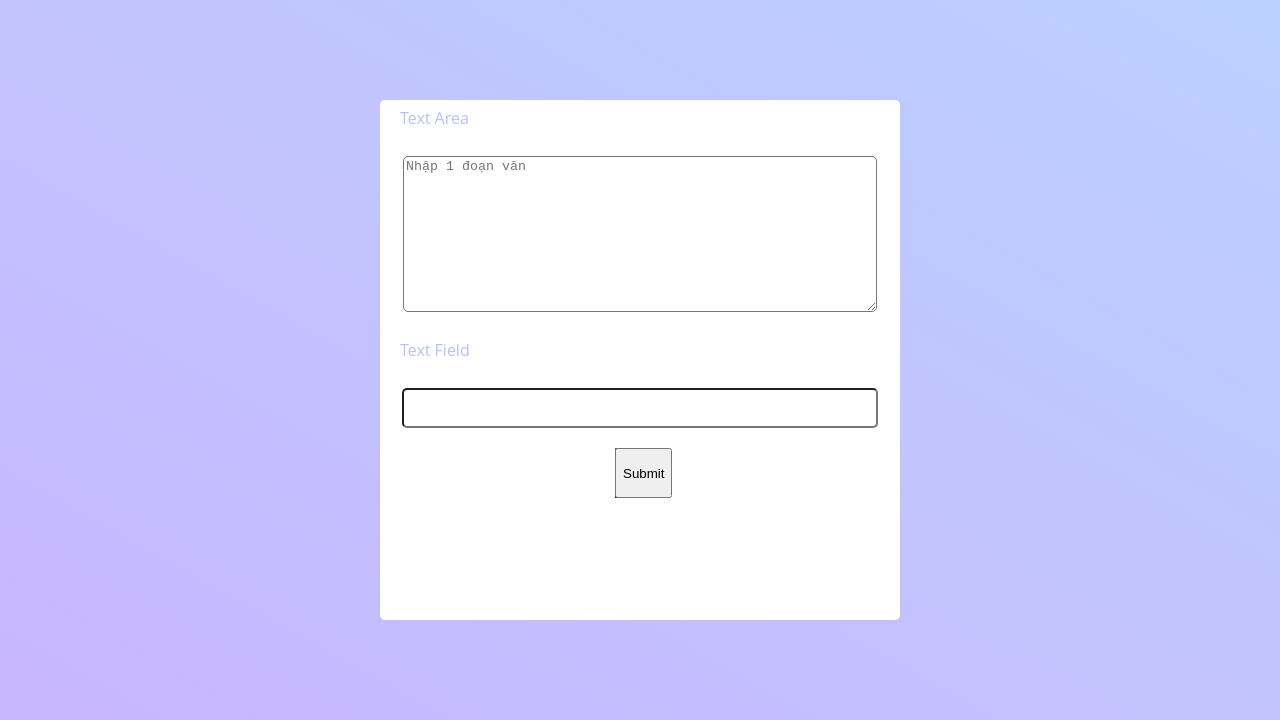
Repository: letrongtinh27/LapTrinhWeb
Page: Lab4.4/index.html
The author's editor kept a copy of each file at every save. The page is drawn from the files as they stood at one save, then again after the next save.
The browser window is 1280 px wide. The pictures show the whole page.

Above is the page before, as saved 2022-10-14 19:56:08.

After the next save:
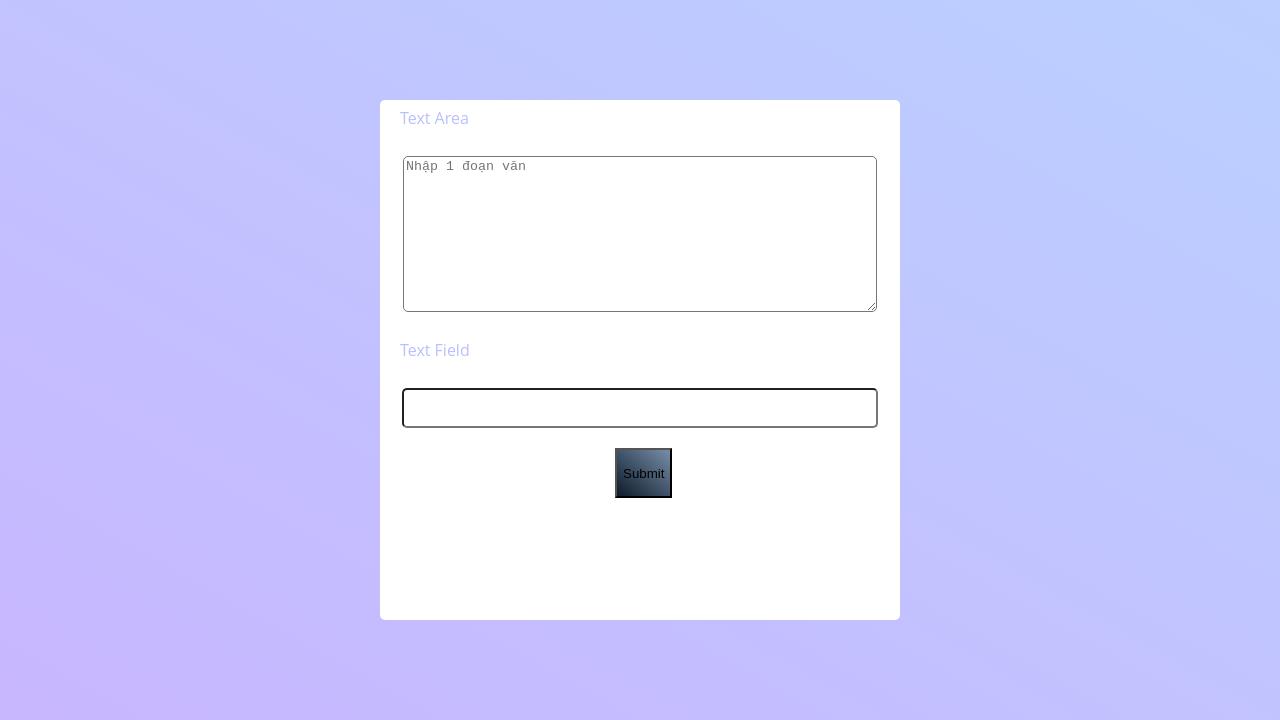
Saved 39 s later.
--- a/Lab4.4/style.css
+++ b/Lab4.4/style.css
@@ -37,12 +37,12 @@
     width: 50px;
     height: 50px;
     font-weight: 800;
-    background-image: linear-gradient( to right top, #0d1b2a ,#778da9 );;
 
 }
 
 #btn {
     cursor: pointer;
+    background-image: linear-gradient( to right top, #0d1b2a ,#778da9 );
 }
 
 h4 {

After the save that followed:
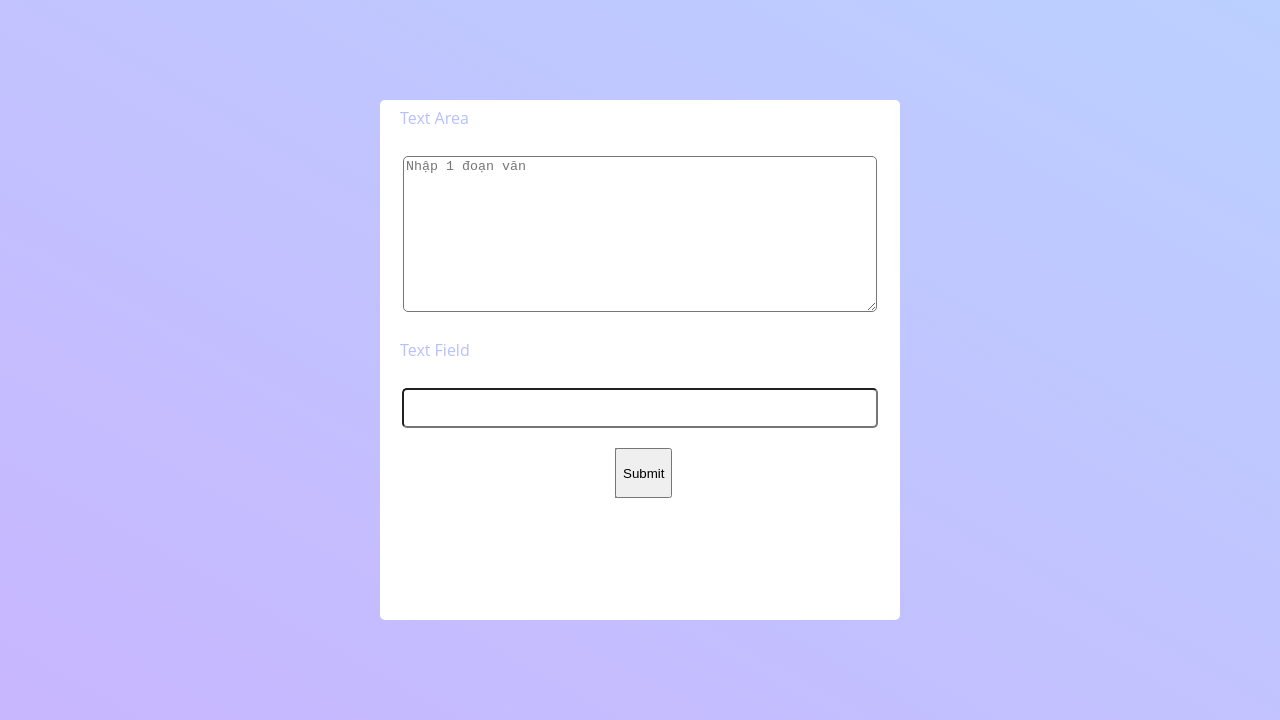
Saved 23 s later.
--- a/Lab4.4/style.css
+++ b/Lab4.4/style.css
@@ -37,12 +37,12 @@
     width: 50px;
     height: 50px;
     font-weight: 800;
+    background-color: #778da9 ;
 
 }
 
 #btn {
     cursor: pointer;
-    background-image: linear-gradient( to right top, #0d1b2a ,#778da9 );
 }
 
 h4 {
